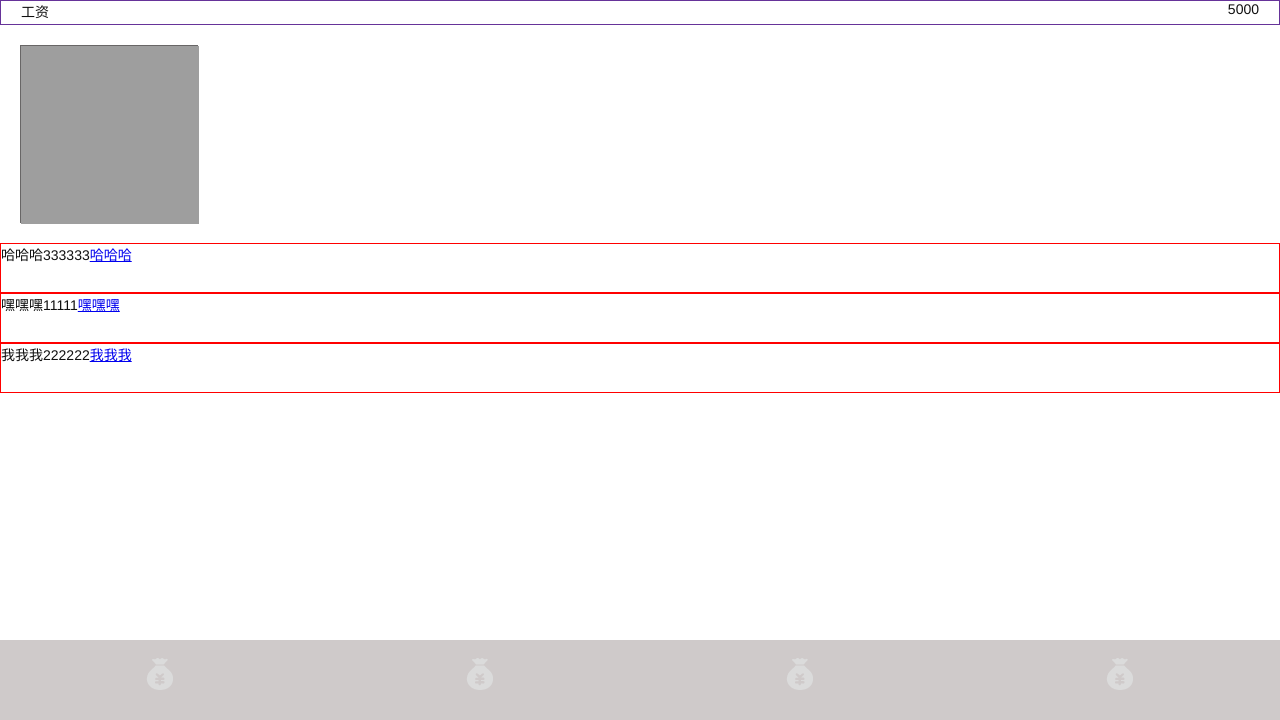
Repository: panlin520-team/lnmj-staffH5
Page: /#/salary
An editor plug-in stored every save of this project. The page is shown before and after a run of saves, followed by the edit.
The browser window is 1280 px wide. The pictures show the whole page.
Pictures or frames that could not be fetched are drawn as grey boxes. The project was rebuilt for these pictures with package versions that can differ from the ones it lists, and the page was loaded fresh each time. Also part of the build but not shown: src/views/Lojin.vue.

Above is the page before, as saved 2020-04-09 16:25:48.

### src/main.js
import Vue from 'vue'
import App from './App.vue'
import router from './router'
import store from './store'
import ElementUI from 'element-ui'
import '@/assets/scss/reset.less'
import 'element-ui/lib/theme-chalk/index.css';
Vue.use(ElementUI)


Vue.config.productionTip = false

new Vue({
  router,
  store,
  render: h => h(App)
}).$mount('#app')

### src/App.vue
<template>
  <div id="app">
    <router-view />
  </div>
</template>
<script>
export default {
  data() {
    return {
    };
  },
  created() {},
  methods: {
  }
};
</script>
<style lang="less">
</style>

### src/router/index.js
import Vue from 'vue'
import VueRouter from 'vue-router'
import Lojin from '../views/Lojin.vue'

Vue.use(VueRouter)

const routes = [
  //首页登录
  {
    path: '/',
    name: 'Lojin',
    component: Lojin
  },
  //首页登录
  {
    path: '/Lojin',
    name: 'Lojin',
    component: Lojin
  },
  //用户注册
  {
    path: '/register',
    name: 'Register',
    component: () => import('../views/Register.vue')
  },
  //用户忘记密码
  {
    path: '/forgetpassword',
    name: 'Forgetpassword',
    component: () => import('../views/Forgetpassword.vue')
  },
  //登录首页
  {
    path: '/homepage',
    name: 'Homepage',
    component: () => import('../views/Homepage.vue')
  },
  //业绩
  {
    path: '/performance',
    name: 'Performance',
    component: () => import('../views/Performance.vue')
  },
  //组员
  {
    path: '/crew',
    name: 'Crew',
    component: () => import('../views/Crew.vue')
  },
  //工资
  {
    path: '/salary',
    name: 'Salary',
    component: () => import('../views/Salary.vue')
  },
]

const router = new VueRouter({
  routes
})

export default router

### src/assets/scss/reset.less
* {
  margin: 0;
  padding: 0;
}

div {
  box-sizing: border-box;
  -webkit-tap-highlight-color: rgba(0, 0, 0, 0);
  // -webkit-user-select: none;
}

img {
  border: 0;
}

ul,
ol {
  list-style: none;
}

textarea {
  // 禁止调节文本域尺寸
  resize: none;
  outline-style: none;
  -webkit-appearance: none;
}

input,
button {
  outline-style: none;
  box-sizing: border-box;
  border: none;
}

// 输入框提示文本颜色设置
input::-moz-focus-inner {
  border: 0;
}

input::-webkit-input-placeholder {
  /* WebKit browsers */
  color: #BBB;
}

input::-moz-placeholder {
  /* Mozilla Firefox 19+ */
  color: #BBB;
}

input:-ms-input-placeholder {
  /* Internet Explorer 10+ */
  color: #BBB;
}

html,
body {
  width: 100%;
  height: 100%;
}

body {
  background-color: #ffffff;
  font-family: "Helvetica Neue", Helvetica, "PingFang SC", "Hiragino Sans GB", "Microsoft YaHei", "微软雅黑", Arial, sans-serif;
  font-size: 14px;
  color: #101010;
}

#app {
  position: relative;
  width: 100%;
  height: 100%;
}

// 滚动条尺寸
div::-webkit-scrollbar {
  width: 10px;
  height: 10px;
}

// 滚动条内部方块
// div::-webkit-scrollbar-thumb {
//   border-radius: 10px;
//   box-shadow: inset 0 0 5px rgba(0, 0, 0, 0.2);
//   background: #52BD3A;
// }

// 滚动条轨道
// div::-webkit-scrollbar-track {
//   box-shadow: inset 0 0 5px rgba(0, 0, 0, 0.2);
//   border-radius: 10px;
//   background: rgba(0, 0, 0, 0.1);
// }

.topBand {
  width: 100%;
  height: 80px;
  background: #23A547;
  display: flex;
  position: fixed;
  top: 0;
  left: 0;
  z-index: 100;
}

.container {
  display: flex;
  background: #ffffff;
  padding-top: 80px;
  z-index: 99;
  height: 100%;

  .aside {
    width: 200px;
    min-width: 200px;
    overflow: hidden;
    white-space: nowrap;
    text-overflow: ellipsis;
    position: fixed;
    top: 80px;
    bottom: 0;
    left: 0;
  }

  .main {
    flex: 1;

    &.active {
      padding-left: 200px;
    }
  }
}

.footer {
  height: 80px;
  background: #23A547;
}

.scrollX {
  overflow-x: auto;
  overflow-y: hidden;
}

.scrollY {
  overflow-x: hidden;
  overflow-y: auto;
  width: 100%;
}

.popPage {
  position: fixed;
  top: 0;
  left: 0;
  width: 100%;
  height: 100%;
  padding: 20px;
  z-index: 100;
  background-color: #ffffff;
}

.nowrap {
  overflow: hidden;
  white-space: nowrap;
  text-overflow: ellipsis;
}

.btn-pointer {
  cursor: pointer;
}

### src/views/Salary.vue
 <!--工资-->
<template>
  <div class="salary">
    <div
      class="content"
      :style="{'height': (virtualHeight - 80)+'px','overflow':'auto','margin-bottom':80+'px'}"
    >
      <div class="wage">
        <label>工资</label>
        <span>{{salarywage}}</span>
      </div>
      <div class="uplodse">
        <el-upload
          class="avatar-uploader"
          action="https://jsonplaceholder.typicode.com/posts/"
          :show-file-list="false"
          :on-success="handleAvatarSuccess"
          :before-upload="beforeAvatarUpload"
        >
          <img v-if="imageUrl" :src="imageUrl" class="avatar" />
          <i v-else class="el-icon-plus avatar-uploader-icon"></i>
        </el-upload>
      </div>
      <div class="wwwobjext" v-for="item in dataondter" :key="item.id">
        <label>{{item.name}}</label>
        <span>{{item.number}}</span>
        <router-link :to="{ path: item.path }">{{item.name}}</router-link>
      </div>
    </div>

    <!-- 底部导航 -->
    <div class="switchoverBtn">
      <Btnnavigation></Btnnavigation>
    </div>
  </div>
</template>

<script>
//引入模块
import Btnnavigation from "@/components/Btnnavigation.vue";
export default {
  name: "salary",
  components: { Btnnavigation },
  data() {
    return {
      // 浏览器可视高度
      virtualHeight: window.innerHeight,
      //工资
      salarywage: "5000",
      imageUrl: "../assets/images/backcolor.jpg",
      dataondter: [
        {
          name: "哈哈哈",
          number: "333333",
          path:'/homepage'
        },
        {
          name: "嘿嘿嘿",
          number: "11111",
          path:'/Performance'

        },
        {
          name: "我我我",
          number: "222222",
          path:'/crew'

        }
      ]
    };
  },
  created() {},
  methods: {
    handleAvatarSuccess(res, file) {
      this.imageUrl = URL.createObjectURL(file.raw);
    },
    beforeAvatarUpload(file) {
      const isLt2M = file.size / 1024 / 1024 < 2;
      if (!isLt2M) {
        this.$message.error("上传头像图片大小不能超过 2MB!");
      }
      return isLt2M;
    }
  }
};
</script>

<style lang="less" scoped>
.salary {
  width: 100%;
  height: 100%;
  position: relative;
  .content {
    width: 100%;
    .wage {
      width: 100%;
      display: flex;
      justify-content: space-between;
      height: 25px;
      border: 1px solid rebeccapurple;
      padding: 0 20px;
    }
    .uplodse {
      width: 178px;
      height: 178px;
      border: 1px solid rgb(104, 102, 102);
      margin: 20px;
      .avatar-uploader .el-upload {
        border: 1px dashed #d9d9d9;
        border-radius: 6px;
        cursor: pointer;
        position: relative;
        overflow: hidden;
      }
      .avatar-uploader .el-upload:hover {
        border-color: #409eff;
      }
      .avatar-uploader-icon {
        font-size: 28px;
        color: #8c939d;
        width: 178px;
        height: 178px;
        line-height: 178px;
        text-align: center;
      }
      .avatar {
        width: 178px;
        height: 178px;
        display: block;
      }
    }
    .wwwobjext {
      width: 100%;
      height: 50px;
      border: 1px solid red;
    }
  }
  .switchoverBtn {
    position: absolute;
    bottom: 0;
    width: 100%;
    height: 80px;
    z-index: 999;
  }
}
</style>

### src/components/Btnnavigation.vue
 <!--底部导航-->
<template>
  <div class="btnnavigation">
    <!-- <div class="somenavigation" to="/homepage">
      <div class="navitnew">
      <router-link to="/homepage">首页</router-link>
      </div>
    </div>-->
    <!-- <router-link class="somenavigation" to="/homepage">
      <div class="navitnew">
        <img src="../assets/images/homepage.png" alt />
      </div>
    </router-link>
    <router-link class="somenavigation" to="/Performance">
      <div class="navitnew">
        <img src="../assets/images/performance.png" alt />
      </div>
    </router-link>
    <router-link class="somenavigation" to="/crew">
      <div class="navitnew">
        <img src="../assets/images/crew.png" alt />
      </div>
    </router-link>
    <router-link class="somenavigation" to="/salary">
      <div class="navitnew">
        <img src="../assets/images/wage.png" alt />
      </div>
    </router-link>-->
    <div class="somenavigation" v-for="item in dataondter" :key="item.id">
      <router-link class="somenavig" :to="{ path: item.path }">
        <div class="navitnew">
          <img src="../assets/images/wage.png" alt />
        </div>
      </router-link>
    </div>
  </div>
</template>

<script>
export default {
  name: "btnnavigation",
  components: {},
  data() {
    return {
      dataondter: [
        {
          name: "哈哈哈",
          number: "333333",
          path: "/homepage"
        },
        {
          name: "嘿嘿嘿",
          number: "11111",
          path: "/Performance"
        },
        {
          name: "我我我",
          number: "222222",
          path: "/crew"
        },
        {
          name: "他吞吞吐吐",
          number: "7777777",
          path: "/salary"
        }
      ]
    };
  },
  created() {},
  methods: {
    change() {}
  }
};
</script>

<style lang="less" scoped>
.btnnavigation {
  width: 100%;
  height: 80px;
  position: fixed;
  bottom: 0;
  display: flex;
  background-color: rgb(207, 202, 202);
  .somenavigation {
    width: 25%;
    .somenavig {
      width: 100%;
      height: 100%;
    }
    .navitnew {
      text-align: center;
      line-height: 90px;
      color: red;
    }
  }
}
</style>

Loaded but not shown: public/index.html (common file); src/store/index.js (common file)

After the next 4 saves:
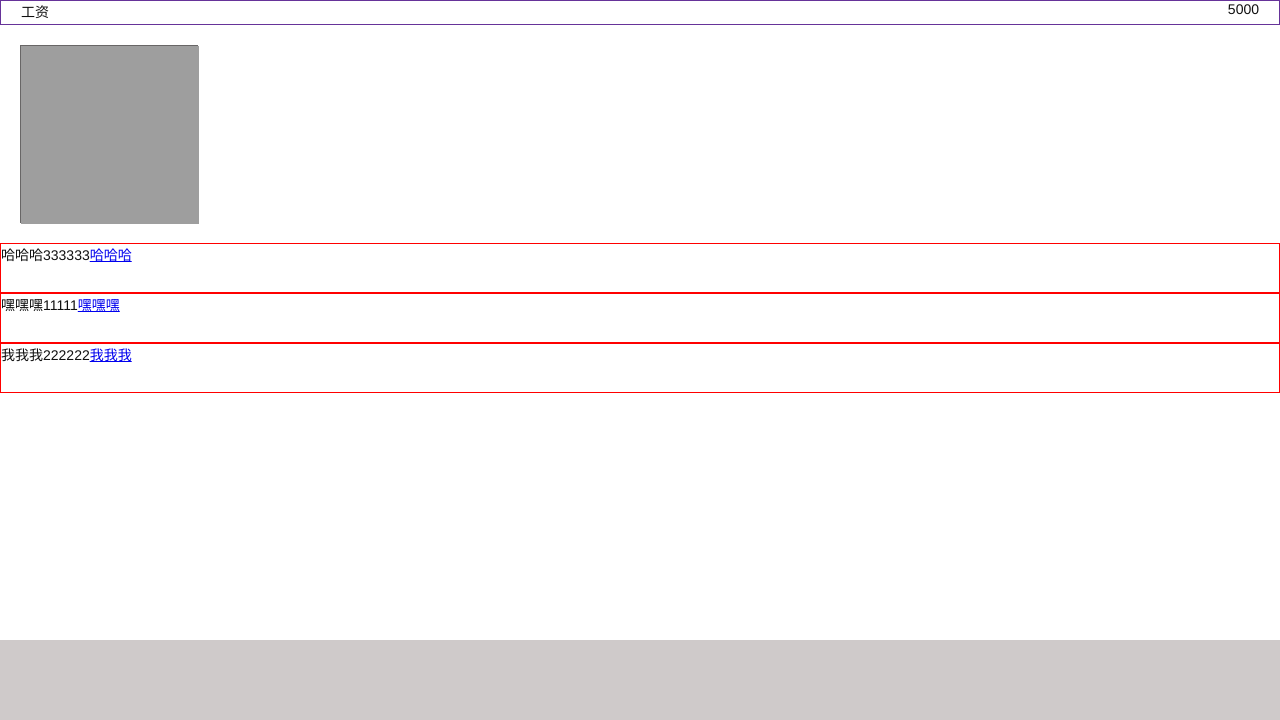
The 4 saves are shown as one change because 2 did not build or start and some came seconds apart.
The last was saved 22 s later.
--- a/src/components/Btnnavigation.vue
+++ b/src/components/Btnnavigation.vue
@@ -29,7 +29,7 @@
     <div class="somenavigation" v-for="item in dataondter" :key="item.id">
       <router-link class="somenavig" :to="{ path: item.path }">
         <div class="navitnew">
-          <img src="../assets/images/wage.png" alt />
+          <img :src="item.imgs" alt />
         </div>
       </router-link>
     </div>
